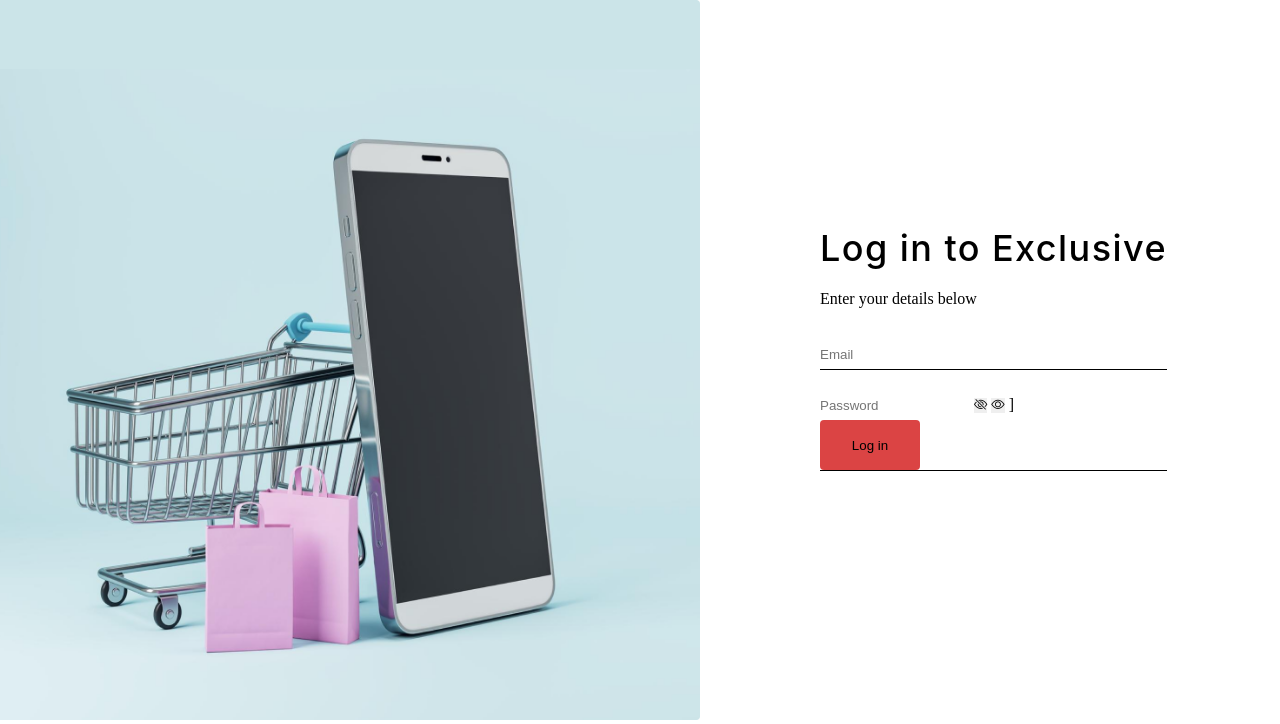
Repository: MehdiKerimov/figma-task-27
Page: pages/loginPage/index.html
The author's editor kept a copy of each file at every save. The page is drawn from the files as they stood at one save, then again after a run of saves.
The browser window is 1280 px wide. The pictures show the whole page.
Some web libraries are served in a nearby version. The style sheet was rebuilt from its Sass, Less or Tailwind sources for each picture, by a compiler version that may differ from the author's.

Above is the page before, as saved 2024-02-17 15:46:14.

### pages/loginPage/index.html
<!DOCTYPE html>
<html lang="en">
<head>
    <meta charset="UTF-8">
    <meta name="viewport" content="width=device-width, initial-scale=1.0">
    <title>Document</title>
    <link rel="stylesheet" href="../../css/reset.css">
    <link
    rel="stylesheet"
    href="https://cdn.jsdelivr.net/npm/bootstrap-icons@1.3.0/font/bootstrap-icons.css"
  />
    <link rel="stylesheet" href="index.css">
</head>
<body>
    <div class="container">
        <div class="left-container">
            <img src="../images/Side Image.png" alt="" />
          </div>
          <div class="right-container">

           <form action="">
            <h1>Log in to Exclusive</h1>
            <h2>Enter your details below</h2>
            <label for="">
                <input placeholder="Email"  type="email" />
              </label>
              <label  for="">
                <div class="password-box">
                    <input placeholder="Password" type="password" class="password" />
                    <button type="button" class="close-btn">
                      <i class="bi bi-eye-slash"></i>
                    </button>
                    <button type="button" class="open-btn">
                      <i class="bi bi-eye"></i>
                    </button>
              </label>]
            </div>
              <button class="log-in">Log in

              </button>
           </form>

    </div>
</body>
<script src="index.js"></script>
</html>

### css/reset.css
*{
    margin: 0;
    padding: 0;
    box-sizing: border-box;
}
button{
    border: none;
}

### pages/loginPage/index.js
let openBtn=document.querySelector('.open-btn')
let closeBtn=document.querySelector('.close-btn')
let input =document.querySelector('.email-input')

openBtn.addEventListener('click',hidePassword)
closeBtn.addEventListener('click',showPassword)

function showPassword(){
    input.type='text'
    openBtn.style.display='block'
    closeBtn.style.display='none'
}
function hidePassword(){
input.type='email'
closeBtn.style.display='block'
openBtn.style.display='none'
}

### pages/loginPage/index.scss
.container {
  display: flex;
  align-items: center;
  min-height: 100vh;
  .left-container {
    img {
      width: 700px;
    min-height: 100vh;
    }
  }
  h1 {
    color: var(--Text2, #000);
    font-family: Inter;
    font-size: 36px;
    font-style: normal;
    font-weight: 500;
    line-height: 30px;
    letter-spacing: 1.44px;
  }
  h2 {
    margin-bottom: 28px;
    margin-top: 24px;
    color: var(--Text2, #000);
    font-family: Poppins;
    font-size: 16px;
    font-style: normal;
    font-weight: 400;
    line-height: 24px;
  }
  form {
    margin-left: 120px;
    display: flex;
    flex-direction: column;
    label {
        margin-bottom: 20px;
        border-bottom: 1px solid black;
display: block;
      input {
    outline: none;
        border: none;


        width: 150px;
        height: 30px;
      }
    }
  }
  .log-in {
    display: block;
    border-radius: 4px;
    background: var(--Button2, #db4444);
    width: 100px;
    height: 50px;
  }
}

After the next 2 saves:
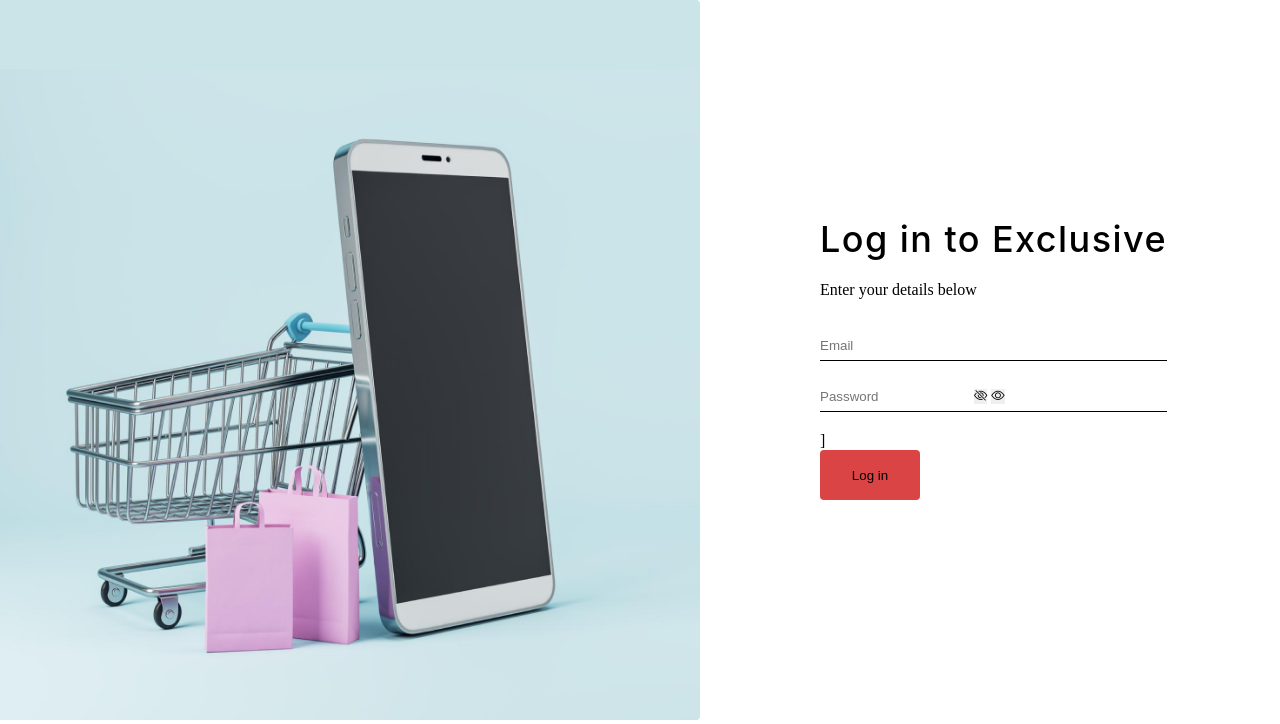
The 2 saves are shown as one change because they came seconds apart.
The last was saved 7 s later.
--- a/pages/loginPage/index.html
+++ b/pages/loginPage/index.html
@@ -25,7 +25,7 @@
                 <input placeholder="Email"  type="email" />
               </label>
               <label  for="">
-                <div class="password-box">
+
                     <input placeholder="Password" type="password" class="password" />
                     <button type="button" class="close-btn">
                       <i class="bi bi-eye-slash"></i>
@@ -34,7 +34,7 @@
                       <i class="bi bi-eye"></i>
                     </button>
               </label>]
-            </div>
+
               <button class="log-in">Log in
 
               </button>
